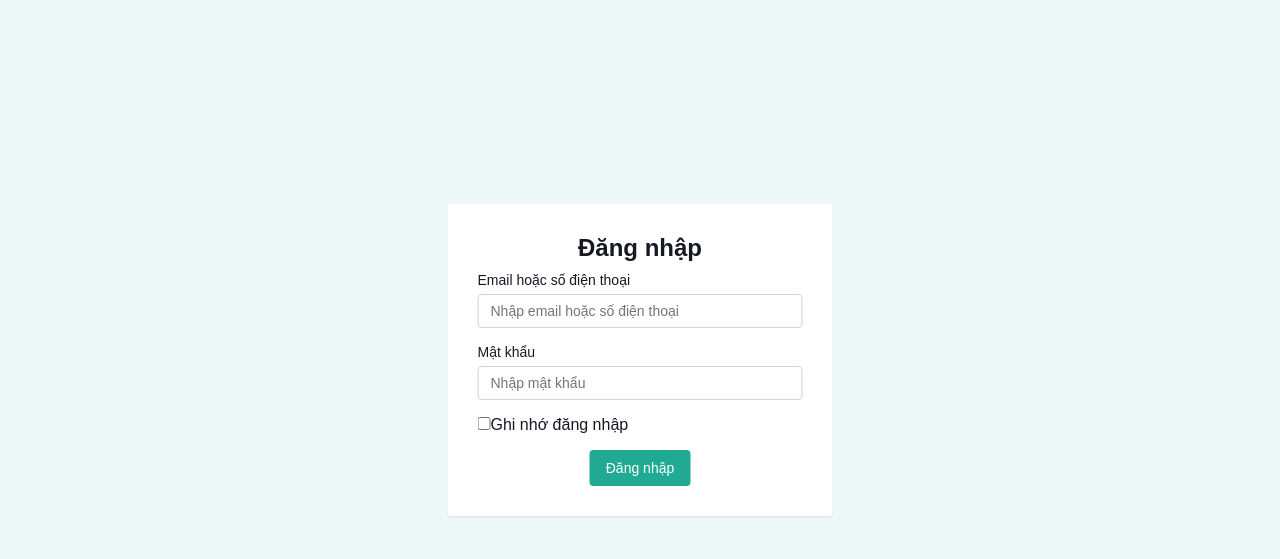
Repository: ntq25012002/chat-app
Page: /login
The author's editor kept a copy of each file at every save. The page is drawn from the files as they stood at one save, then again after the next save.
The browser window is 1280 px wide. The pictures show the whole page.
The project was rebuilt for these pictures with package versions that can differ from the ones it lists, and the page was loaded fresh each time. Also part of the build but not shown: src/pages/Home/index.js, src/pages/Profile/index.js, src/layouts/components/SideBar/index.js, src/layouts/DefaultLayout/index.js.

Above is the page before, as saved 2023-05-19 10:56:50.

### src/index.js
import React from 'react';
import ReactDOM from 'react-dom/client';
// import './index.css';
import App from './App';
import reportWebVitals from './reportWebVitals';
import GlobalStyles from '~/components/GlobalStyles';

const root = ReactDOM.createRoot(document.getElementById('root'));
root.render(
  <React.StrictMode>
    <GlobalStyles>
      <App />
    </GlobalStyles>
  </React.StrictMode>
);

// If you want to start measuring performance in your app, pass a function
// to log results (for example: reportWebVitals(console.log))
// or send to an analytics endpoint. Learn more: https://bit.ly/CRA-vitals
reportWebVitals();

### src/App.js
// import logo from './logo.svg';
import './App.css';
import React, {Fragment} from 'react';
import { BrowserRouter as Router, Routes, Route } from 'react-router-dom';
import {publicRoutes, privateRoutes} from '~/routes';
import DefaultLayout from '~/layouts/DefaultLayout';
function App() {
  return (
    <Router>
      <div className="App">
          <Routes>
            {
              publicRoutes.map((route, index) => {
                const Page = route.component;
                let Layout = DefaultLayout;
                if(route.layout) {
                  Layout = route.layout;
                }else if(route.layout === null) {
                  Layout = Fragment;
                }

                return (
                  <Route
                      key={index}
                      path={route.path}
                      element={
                        <Layout>
                          <Page />
                        </Layout>
                      }
                    />
                )
              })
            }

          </Routes>
      </div>
    </Router>
  );
}

export default App;

### src/components/GlobalStyles/index.js
import styles from '~/components/GlobalStyles/GlobalStyle.scss';

function GlobalStyles({ children }) {
    return children
}

export default GlobalStyles;

### src/routes/index.js
import Home from '~/pages/Home'
import Login from '~/pages/Login'
import Profile from '~/pages/Profile'

const publicRoutes = [
    {path: '/', component: Home},
    {path: '/profile', component: Profile},
    {path: '/login', component: Login, layout: null},
]

const privateRoutes = [
    // {route: '/dashboard', component: Dashboard},
]

export {publicRoutes, privateRoutes}

### src/components/GlobalStyles/GlobalStyle.scss
@import url("https://fonts.googleapis.com/css2?family=Poppins:wght@200;300;400;500;600;700&display=swap");

$heightHeader: 60px;
$widthPage: 100%;
$textColorPrimary: #161823;
$colorPrimary: #FE2C55;
$textColorSecond: #161823bf;

:root {
    --width-page: 100%;
    --height-header: 60px;
    --color-primary: #FE2C55;
    --text-color-primary: #161823;
    --text-coloe-second: #161823bf;
    --color-white: #FFFFFFFF;
    --border-color: #0000001f;
    --background-hover: rgb(22 24 35 / 3%);
}

html {
    font-size:62.5%
}

* {
    margin: 0;
    padding: 0;
    box-sizing: border-box;
}

body {
    // font-family: 'Montserrat', sans-serif;
    // font-family: 'Roboto', sans-serif;
    font-family: ProximaNova, Arial, Tahoma, PingFangSC, sans-serif;
    font-size: 1.6rem;
    text-rendering: optimizeSpeed;
    color: $textColorPrimary;
}

button, input, [tabindex] {
    border: none;
    outline: none;
}

a[href] {
    color: $textColorPrimary;
    text-decoration: none;
}

.wrapper {
    margin: 0 auto;
    display: flex;
    align-items: space-between;
    flex-direction: column;
}

.container {
    max-width: $widthPage;
    width: $widthPage;
    margin: 0 auto;
    display: flex;
}

.text-left {
    text-align: left;
}
.text-center {
    text-align: center;
}
.d-block {
    display: block;
}
.d-flex {
    display: flex;
}
.flex-column {
    flex-direction: column;
}
.justify-content-center {
    justify-content: center;
}

.justify-content-between {
    justify-content: space-between;
}

.justify-content-start {
    justify-content: start;
}

// BUTTON

.btn {
    padding: 10px 14px;
    border-radius: 4px;
}

### src/pages/Login/index.js
import React from 'react';
import classNames from 'classnames/bind';
import styles from './Login.module.scss';
import images from '~/assets/images'

const cx = classNames.bind(styles);
function Login() {
    return (
            <div className={cx('wrapper')}>
                <div className={cx('content')} >
                    <img src={images.bg_login} alt="" />
                    <div className={cx('form-container')}>
                        <div className={cx('title')}>
                            <h2>Đăng nhập</h2>
                        </div>
                        <form className={cx('form form-register')}>
                            <div className={cx('form-group')}>
                                <label className={cx('form-label')}>Email hoặc số điện thoại</label>
                                <input type="text" className={cx('form-control')} placeholder='Nhập email hoặc số điện thoại'/>
                            </div>
                            <div className={cx('form-group')}>
                                <label className={cx('form-label')}>Mật khẩu</label>
                                <input type="password" className={cx('form-control')} placeholder='Nhập mật khẩu'/>
                            </div>
                            <div className='d-flex'>
                                <div className={cx('form-control')}>
                                    <input type="checkbox" />
                                    <label>Ghi nhớ đăng nhập</label>
                                </div>
                            </div>
                            <button className={cx('btn-submit')}>Đăng nhập</button>
                        </form>
                    </div>
                </div>
            </div>
        );
}

export default Login;

### src/pages/Login/Login.module.scss
.wrapper {
    background-color: rgb(237, 249, 249);
}
.content {
    height: 100vh;
    display: flex;
    justify-content: center;
    align-items: center;
    flex-direction: column;
    position: relative;

    .form-container {
        position: absolute;
        top: 50%;
        left: 50%;
        transform: translate(-50%, -50%);
        box-shadow: 0 0.125rem 0.25rem rgba(0,0,0,0.075);
        padding: 30px;
        background-color: #ffffff;
        border-radius: 4px;
        .title {
            margin-bottom: 10px;
        }
        .form-group {
            display: flex;
            flex-direction: column;
            .form-label {
                text-align: left;
                font-size: 14px;
                margin-bottom: 6px;
            }
            .form-control {
                padding: 8px 12px;
                border: 1px solid #ced4da;
                border-radius: 4px;
                font-size: 14px;
                min-width: 325px;
                margin-bottom: 16px;
            }
        }
        .btn-submit {
            margin-top: 16px;
            padding: 10px 16px;
            font-size: 14px;
            border-radius: 4px;
            background-color: #21aa93;
            color: #ffffff;
        }
    }
}

### src/assets/images/index.js
const images = {
    // logo: require('~/assets/images/logo.svg').default,
    bg_login: require('~/assets/images/signin-img-cyan.svg').default
}

export default images;

Loaded but not shown: public/index.html (common file); src/reportWebVitals.js (common file); src/App.css (common file)

After the next save:
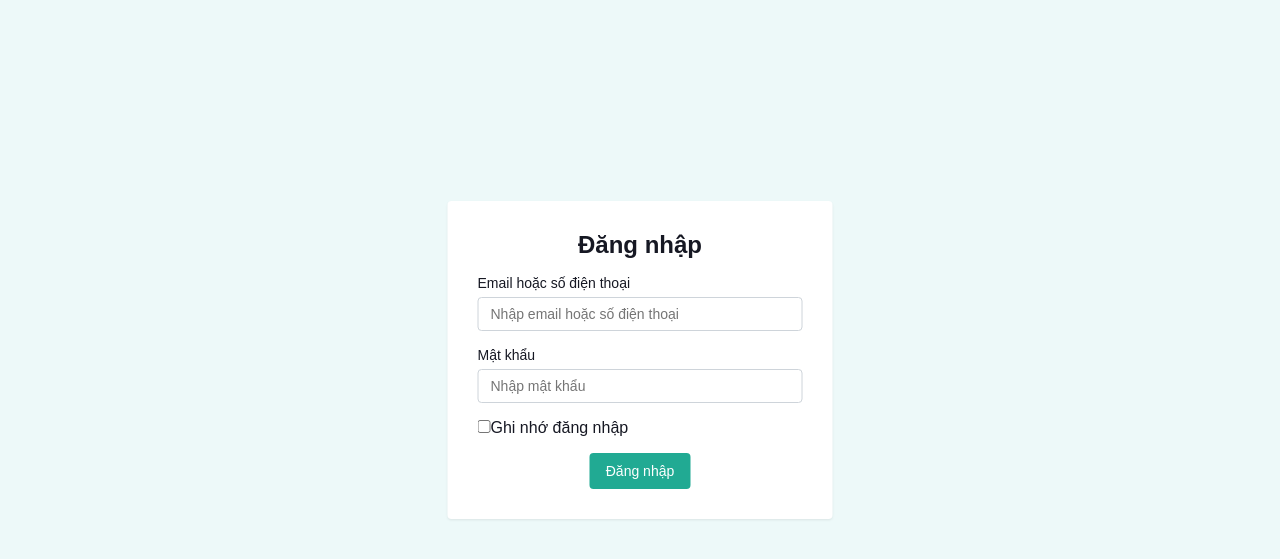
Saved 6 min 11 s later.
--- a/src/pages/Login/Login.module.scss
+++ b/src/pages/Login/Login.module.scss
@@ -19,7 +19,7 @@
         background-color: #ffffff;
         border-radius: 4px;
         .title {
-            margin-bottom: 10px;
+            margin-bottom: 16px;
         }
         .form-group {
             display: flex;
